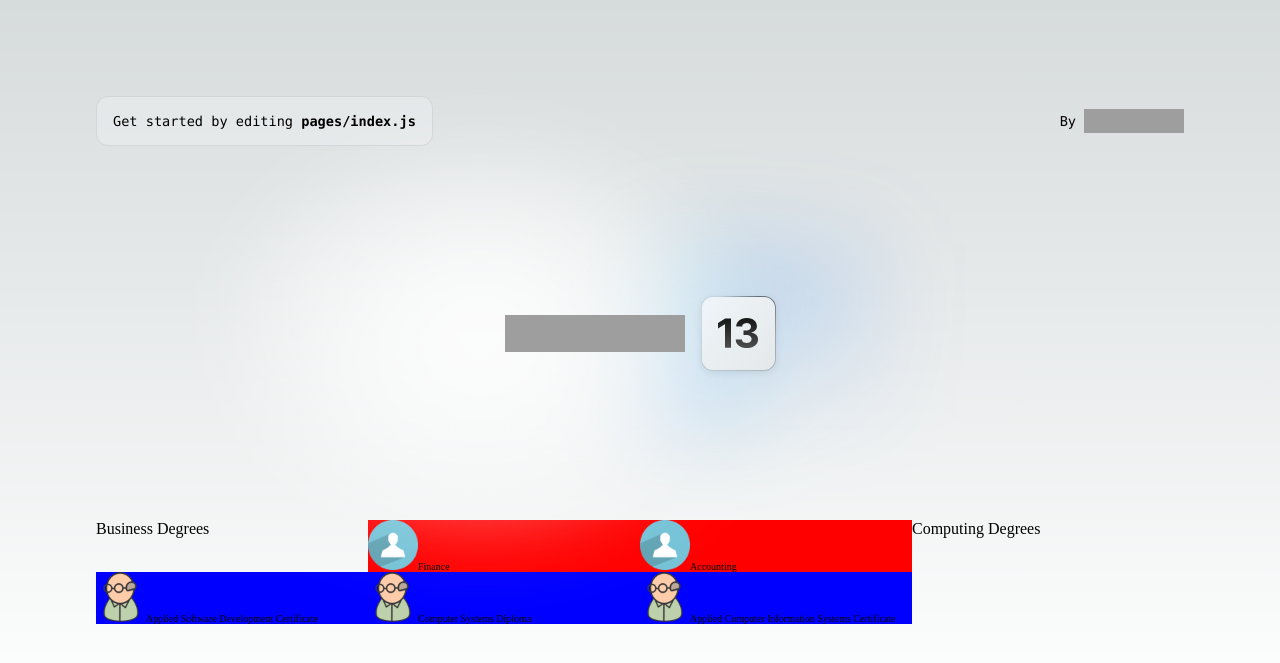
Repository: JacobSkilling-dot/week3-DynamicDesign
Page: / (app in Week-3-example/)
These files come from the project's save history. The page is drawn as it stood at one moment and after the next save; the edit follows.
The browser window is 1280 px wide. The pictures show the whole page.
Pictures or frames that could not be fetched are drawn as grey boxes. The project was rebuilt for these pictures with package versions that can differ from the ones it lists, and the page was loaded fresh each time. The framework's server and built-in components were replaced by stand-ins that run in the browser. Also part of the build but not shown: Week-3-example/next.config.js.

Above is the page before, as saved 2023-01-16 11:33:09.

### Week-3-example/pages/index.js
import Head from 'next/head'
import Image from 'next/image'
import { Inter } from '@next/font/google'
import styles from '@/styles/Home.module.css'
import data from '../data/education.json'
import { useState } from 'react'
import Card from '../components/Card'

const inter = Inter({ subsets: ['latin'] })

export default function Home() {

  console.log(data);
  const [information, setInformation] = useState([...data])

  return (
    <>
      <Head>
        <title>Create Next App</title>
        <meta name="description" content="Generated by create next app" />
        <meta name="viewport" content="width=device-width, initial-scale=1" />
        <link rel="icon" href="/favicon.ico" />
      </Head>
      <main className={styles.main}>
        <div className={styles.description}>
          <p>
            Get started by editing&nbsp;
            <code className={styles.code}>pages/index.js</code>
          </p>
          <div>
            <a
              href="https://vercel.com?utm_source=create-next-app&utm_medium=default-template&utm_campaign=create-next-app"
              target="_blank"
              rel="noopener noreferrer"
            >
              By{' '}
              <Image
                src="/vercel.svg"
                alt="Vercel Logo"
                className={styles.vercelLogo}
                width={100}
                height={24}
                priority
              />
            </a>
          </div>
        </div>

        <div className={styles.center}>
          <Image
            className={styles.logo}
            src="/next.svg"
            alt="Next.js Logo"
            width={180}
            height={37}
            priority
          />
          <div className={styles.thirteen}>
            <Image
              src="/thirteen.svg"
              alt="13"
              width={40}
              height={31}
              priority
            />
          </div>
        </div>

        <div className={styles.grid}>
          <div>Business Degrees</div>
          {information && information.map((info, index) => {
            if(info.department.toLowerCase() === "business") {
            return (
              <Card key={index} degree={info.degree} colour="red" font="10px"/>
            )
          }
        })}


          <div>Computing Degrees</div>
          {information && information.map((info, index) => {
            if(info.department.toLowerCase() === "computing") {
            return (
              <Card key={index} degree={info.degree} colour="blue" font="10px"/>
            )
          }
        })}
        </div>
      </main>
    </>
    )
  }

### Week-3-example/data/education.json
[
        {
            "studentNumber": "A0004567",
            "firstName": "Person 1",
            "gpa": 3.8,
            "department": "Business",
            "degree": "Finance",
            "graduated": 2014
        },
        {
            "studentNumber": "A0001234",
            "firstName": "Person 2",
            "gpa": 3.5,
            "department": "Business",
            "degree": "Accounting",
            "graduated": 2010
        },
        {
            "studentNumber": "A0007890",
            "firstName": "Person 3",
            "gpa": 3.2,
            "department": "Computing",
            "degree": "Applied Software Development Certificate",
            "graduated": 2018
        },
        {
            "studentNumber": "A0007828",
            "firstName": "Person 4",
            "gpa": 3.9,
            "department": "Computing",
            "degree": "Computer Systems Diploma",
            "graduated": 2021
        },
        {
            "studentNumber": "A0003425",
            "firstName": "Person 5",
            "gpa": 3.2,
            "department": "Computing",
            "degree": "Applied Computer Information Systems Certificate",
            "graduated": 2021
        }
]

### Week-3-example/components/Card/index.js
export default function Card({
    degree = "none",
    colour = "purple",
    font = "0",
    image = "icon/personTwo.png"
}) {
    return(
        <div style={{backgroundColor: colour, fontSize:font}}>
            {
                colour === "red" ? <img src={'icon/person.png'} width="50"/> :
                colour === "blue" ? <img src={'icon/personThree.png'} width="50"/> :
                                     <img src={image} width="50"/>
             }
            {degree}
        </div>
    )
}

Loaded but not shown: Week-3-example/pages/_app.js (common file); Week-3-example/pages/_document.js (common file); Week-3-example/styles/globals.css (common file); Week-3-example/styles/Home.module.css (common file)

After the next save:
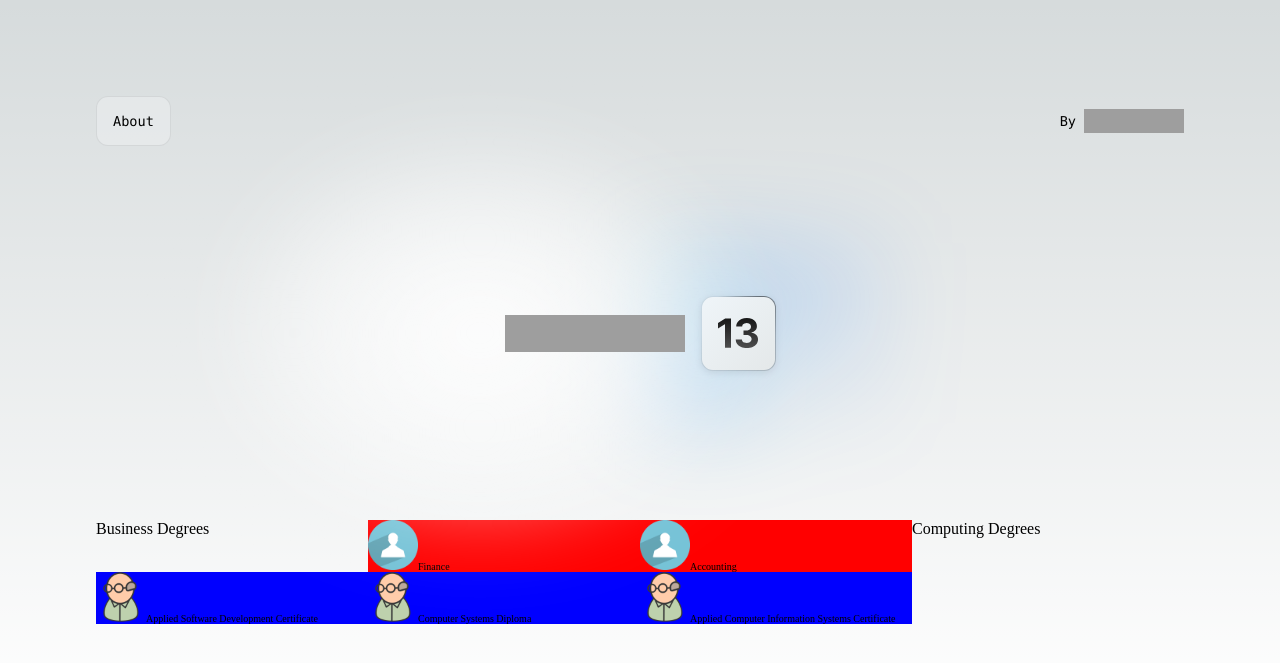
Saved 2 min 0 s later.
--- a/Week-3-example/pages/index.js
+++ b/Week-3-example/pages/index.js
@@ -5,6 +5,7 @@ import styles from '@/styles/Home.module.css'
 import data from '../data/education.json'
 import { useState } from 'react'
 import Card from '../components/Card'
+import Link from 'next/link'
 
 const inter = Inter({ subsets: ['latin'] })
 
@@ -24,8 +25,8 @@ export default function Home() {
       <main className={styles.main}>
         <div className={styles.description}>
           <p>
-            Get started by editing&nbsp;
-            <code className={styles.code}>pages/index.js</code>
+            <Link href="about">About</Link>
+
           </p>
           <div>
             <a
